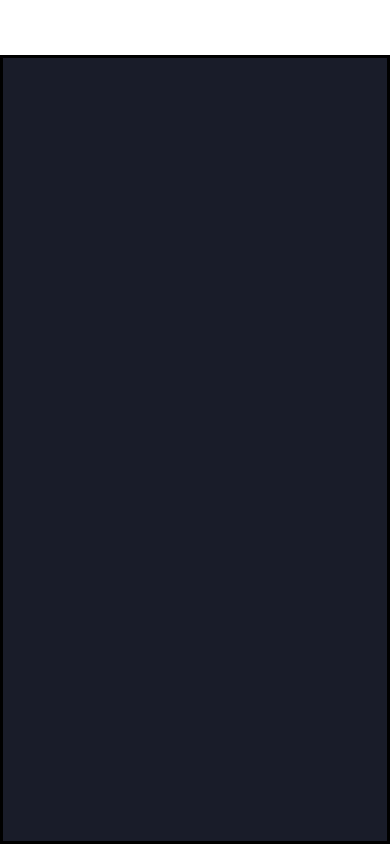
Repository: Esraa22M/ReactNative
Screen: /
The author's editor kept a copy of each file at every save. The screen is drawn from the files as they stood at one save, then again after the next save.
The page's requests for data from a server got no answer. The app was drawn by React Native's web renderer in a window 390 px wide. The project was rebuilt for these pictures with package versions that can differ from the ones it lists, and the page was loaded fresh each time. No one was signed in, and anything a server would have sent is missing. Also part of the build but not shown: src/components/header/header.component.js, src/components/header/header.styles.js, src/components/textInput/textInput.styles.js, src/components/textInput/textInput.components.jsx, src/components/singup-form-body/singup-form-body.components.js, src/screens/front-screen/Singup/singup-screen.screens.jsx.

Above is the screen before, as saved 2023-09-18 21:24:27.

### App.js
import { SafeAreaView } from "react-native";
import { singupStyles } from "./src/screens/front-screen/Singup/singup-screen.styles";
import { Singup } from "./src/screens/front-screen/Singup/singup-screen.screens";
import UserCard from "./src/screens/front-screen/user-card/user-card.screens";
export default function App() {
  return (
    <SafeAreaView style={singupStyles.container}>
      <UserCard />
    </SafeAreaView>
  );
}

### src/screens/front-screen/Singup/singup-screen.styles.jsx
import { StyleSheet } from "react-native";
export const singupStyles = StyleSheet.create({
  container: { flex: 1, marginTop: 35 },
});

### src/screens/front-screen/user-card/user-card.screens.js
import React, { useEffect } from "react";
import { View, Text, ImageBackground } from "react-native";
import { getUserInfo } from "../../../authentication/api/login-info";
import { useState } from "react";
import { userCardStyle } from "./user-card.styles";
const UserCard = () => {
  const [userData, setUserData] = useState({});

  useEffect(() => {
    const getdata = async () => {
      const data = await getUserInfo("users/1");
      setUserData((courseData) => ({ ...courseData, ...data }));
    };
    getdata();
  }, []);
  let { name, avatar_url, location } = userData;
  return (
    <>
      {userData && (
        <View style={userCardStyle.container}>
          {/* <ImageBackground
            style={userCardStyle.imageStyle}
            source={{
              uri: avatar_url,
            }}
            resizeMode="contain"
          >
            <View style={userCardStyle.cardBody}>
              <Text style={userCardStyle.cardHeader}>{name}</Text>
              <Text style={userCardStyle.cardInfo}>{location}</Text>
            </View>
          </ImageBackground> */}
          <Text style={userCardStyle.cardHeader}>{name}</Text>
          <Text style={userCardStyle.cardInfo}>{location}</Text>
        </View>
      )}
    </>
  );
};

// #endregion

export default UserCard;

### src/authentication/api/login-info.js
import axios from "axios";
const authInstance = axios.create({
  baseURL: "https://api.github.com/",
  timeout: 1000,
});
export const getUserInfo = async (url) => {
  try {
    const { data } = await authInstance(url);
    return data;
  } catch (err) {
    console.log(err);
  }
};

### src/screens/front-screen/user-card/user-card.styles.js
import { StyleSheet } from "react-native";
import { UserAuthColors } from "../../../colors/front-screen-colors/user-auth-colors";
export const userCardStyle = StyleSheet.create({
  container: {
    justifyContent: "center",
    padding: 35,
    alignItems: "center",
    borderWidth: 3,
    backgroundColor: UserAuthColors.CARD_COLOR,
    flex: 1,
    marginTop: 20,
  },
  imageStyle: {
    width: "100%",
    backgroundColor: "grey",
    justifyContent: "flex-end",
    height: "80%",
  },
  cardBody: { marginBottom: 50 },
  cardHeader: {
    fontSize: 35,
    textTransform: "uppercase",
    color: UserAuthColors.GOLDEN_COLOR,
    textAlign: "center",
    fontStyle: "italic",
    fontWeight: "bold",
    letterSpacing: 2,
  },
  cardInfo: { fontSize: 18, color: "white", textAlign: "center" },
});

### src/colors/front-screen-colors/user-auth-colors.js
export const UserAuthColors = {
  HEADER_COLOR: "#40B5AD",
  SHADOW_COLOR: "#ADD8E6",
  CARD_COLOR: "#191c29",
  GOLDEN_COLOR: "#FFD700",
};

After the next save:
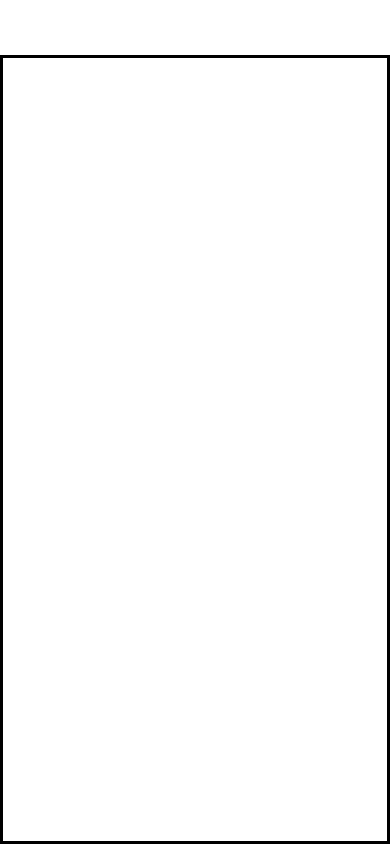
Saved 23 s later.
--- a/src/screens/front-screen/user-card/user-card.styles.js
+++ b/src/screens/front-screen/user-card/user-card.styles.js
@@ -6,7 +6,7 @@
     padding: 35,
     alignItems: "center",
     borderWidth: 3,
-    backgroundColor: UserAuthColors.CARD_COLOR,
+    // backgroundColor: UserAuthColors.CARD_COLOR,
     flex: 1,
     marginTop: 20,
   },

After the save that followed:
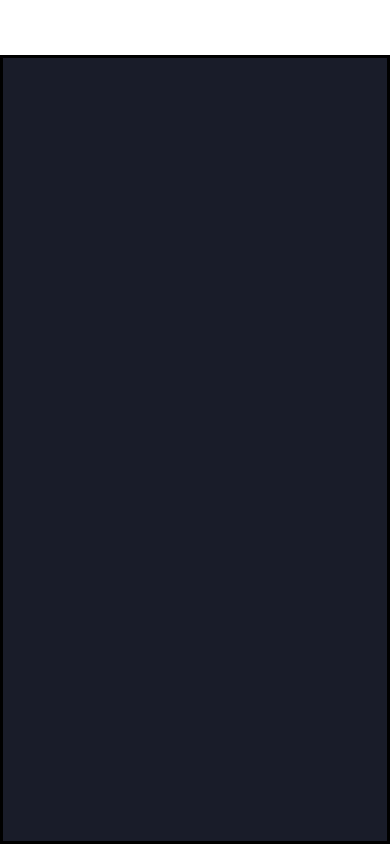
Saved 27 s later.
--- a/src/screens/front-screen/user-card/user-card.styles.js
+++ b/src/screens/front-screen/user-card/user-card.styles.js
@@ -6,7 +6,7 @@
     padding: 35,
     alignItems: "center",
     borderWidth: 3,
-    // backgroundColor: UserAuthColors.CARD_COLOR,
+    backgroundColor: UserAuthColors.CARD_COLOR,
     flex: 1,
     marginTop: 20,
   },
